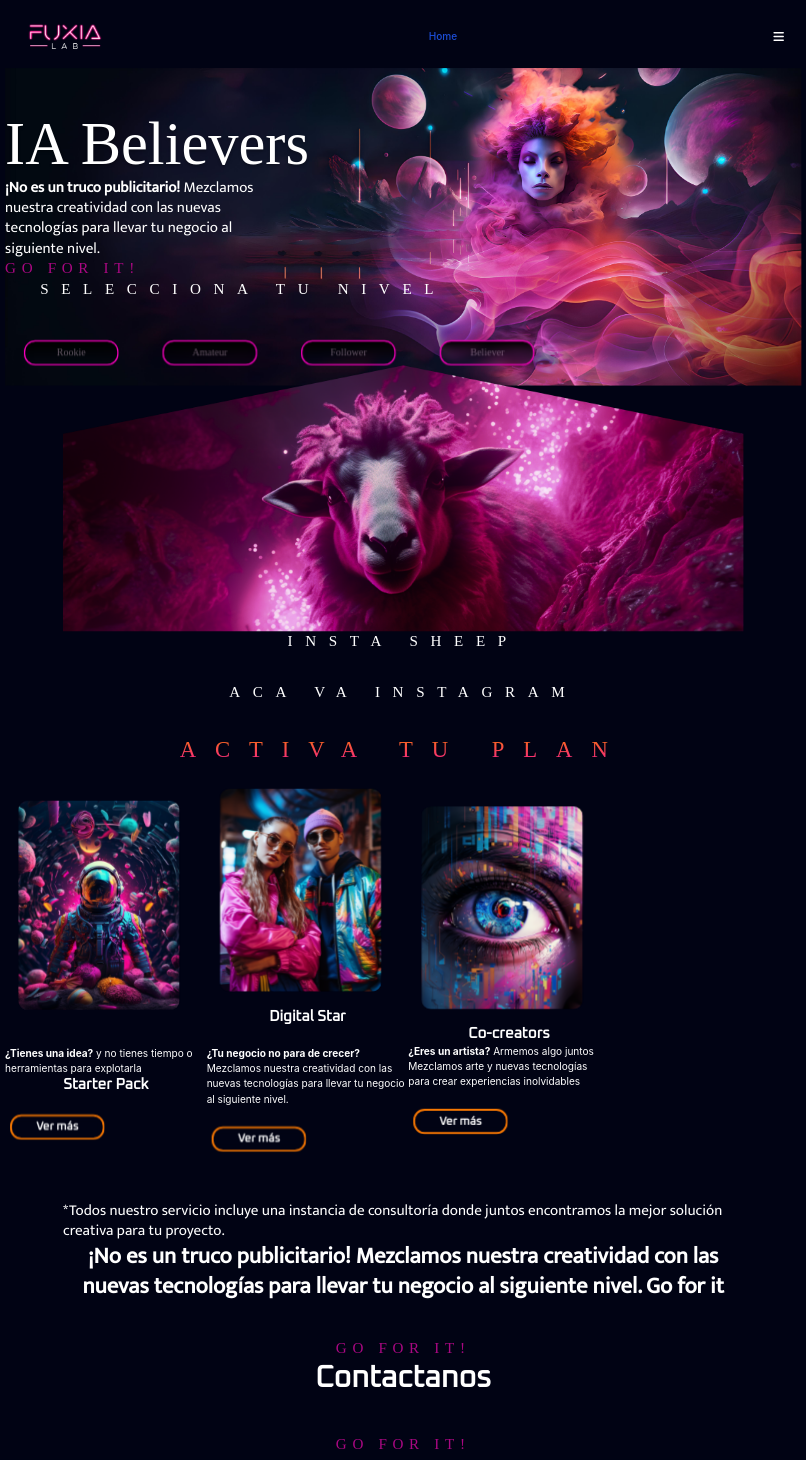
Repository: itsomosedison/tailwind-landing-page
Page: index.html
An editor plug-in stored every save of this project. The page is shown before and after the next save, followed by the edit.
The browser window is 1280 px wide. The pictures show the whole page, at 63% of full size.
Some web fonts or font styles are not loaded; a fallback is used.

Above is the page before, as saved 2023-09-30 20:12:16.

After the next save:
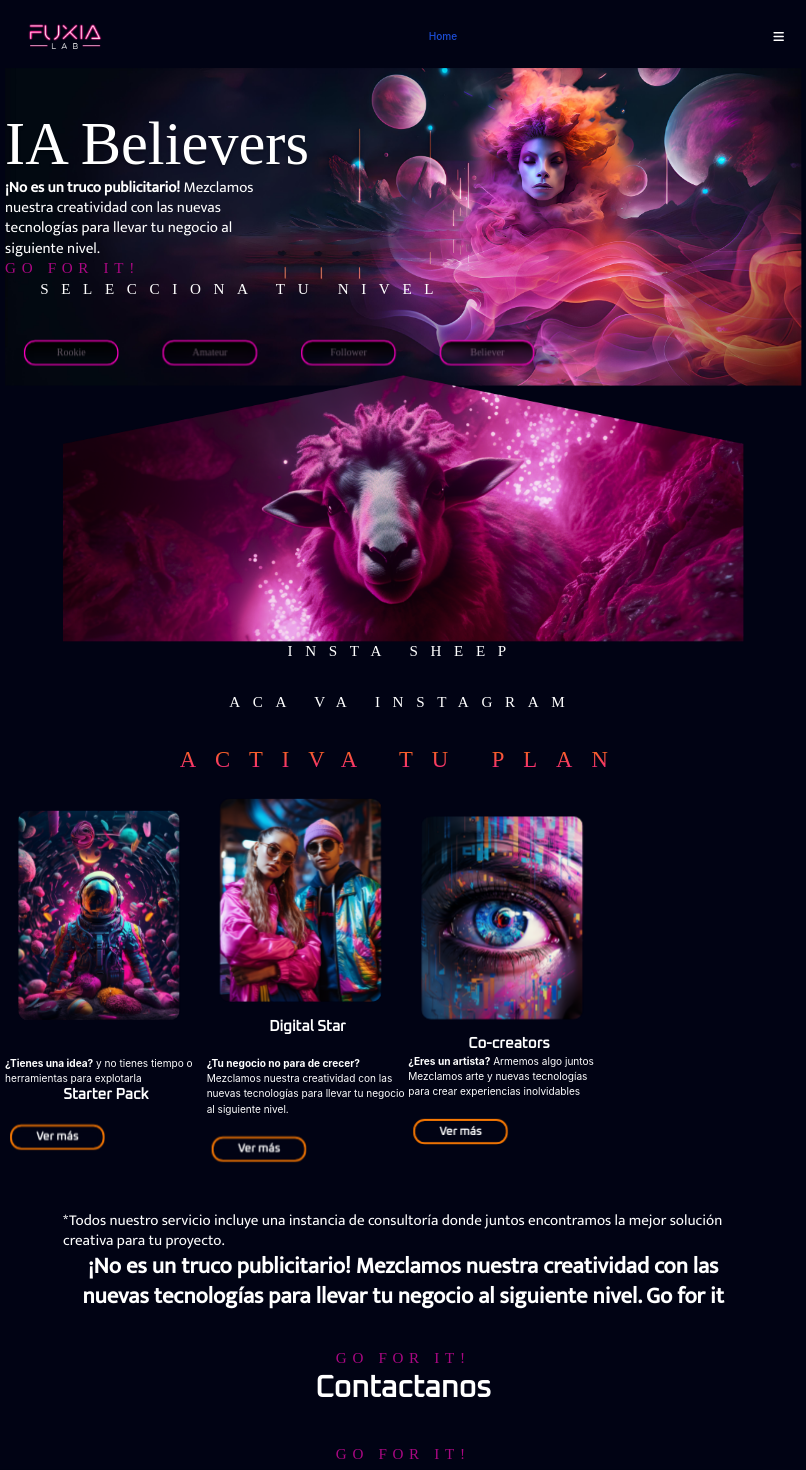
Saved 13 s later.
--- a/index.html
+++ b/index.html
@@ -53,7 +53,7 @@
         </div>
     </div>
 
-    <div class="containerFuxia flex-col" style="max-width:  1080px;align-items: center;margin-top: -32px;">
+    <div class="containerFuxia flex-col" style="max-width:  1080px;align-items: center;margin-top: -16px;">
         <img src="recursos/sheepHero2.png" alt="Imagen de la oveja" style="width:1920px;" />
         <p class="WhiteSpecialText" style="text-align: center;">INSTA SHEEP</p>
         <p class="WhiteSpecialText" style="text-align: center;">ACA VA INSTAGRAM</p>

After the save that followed:
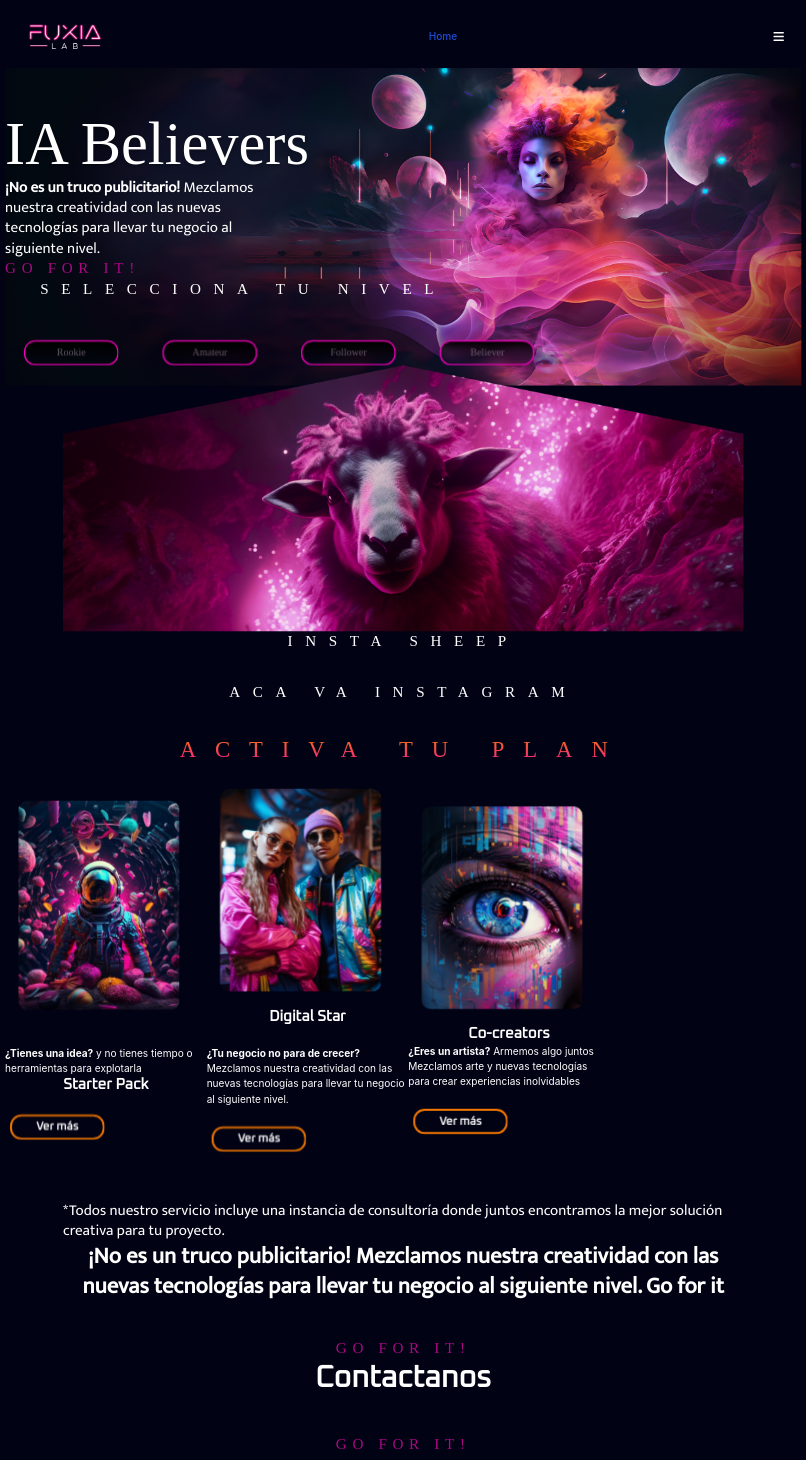
Saved 9 s later.
--- a/index.html
+++ b/index.html
@@ -53,7 +53,7 @@
         </div>
     </div>
 
-    <div class="containerFuxia flex-col" style="max-width:  1080px;align-items: center;margin-top: -16px;">
+    <div class="containerFuxia flex-col" style="max-width:  1080px;align-items: center;margin-top: -32px;">
         <img src="recursos/sheepHero2.png" alt="Imagen de la oveja" style="width:1920px;" />
         <p class="WhiteSpecialText" style="text-align: center;">INSTA SHEEP</p>
         <p class="WhiteSpecialText" style="text-align: center;">ACA VA INSTAGRAM</p>
